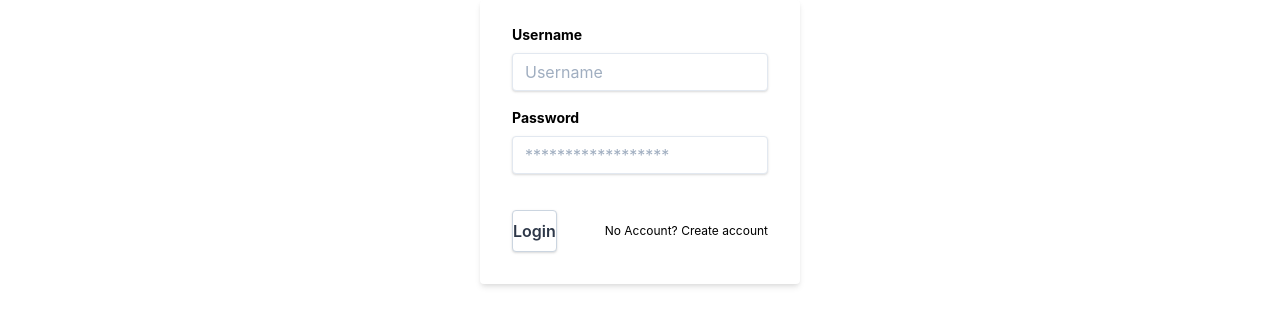
Repository: tzs34/amplifyLogin
Page: /
An editor plug-in stored every save of this project. The page is shown before and after the next save, followed by the edit.
The browser window is 1280 px wide. The pictures show the whole page.
The project was rebuilt for these pictures with package versions that can differ from the ones it lists, and the page was loaded fresh each time. Also part of the build but not shown: src/components/Views/HomePage.js, src/components/Alerts/Error.js, src/components/Auth/SignUpForm.js, src/App.css.

Above is the page before, as saved 2019-12-09 16:00:18.

### src/components/App.js
import React from 'react'
import HomePage from './Views/HomePage'
import { LoginForm, SignUpForm } from './Auth'
import PrivateRoute from './Routes/PrivateRoute'
import { Route, Switch } from 'react-router-dom'
import Amplify from 'aws-amplify'
import aws_exports from '../aws-exports'

import '../App.css'
Amplify.configure(aws_exports)

const AppWithAuth = props => (
  <div>
    <Switch>
      <Route path="/login" component={LoginForm} />
      <Route path="/signup" component={SignUpForm} />
      <PrivateRoute path="/" component={HomePage} />
    </Switch>
  </div>
)

export default AppWithAuth

### src/components/Auth/index.js
export { default as LoginForm } from './LoginForm'
export { default as SignUpForm } from './SignUpForm'

### src/components/Routes/PrivateRoute.js
import PropTypes from 'prop-types'
import React from 'react'
import { Redirect, Route } from 'react-router-dom'

const PrivateRoute = ({ component: Component, authenticated, ...rest }) => (
  <Route
    {...rest}
    render={props =>
      authenticated ? <Component {...props} /> : <Redirect to="/login" />
    }
  />
)

PrivateRoute.propTypes = {
  location: PropTypes.objectOf(PropTypes.string),
  component: PropTypes.func.isRequired
}

export default PrivateRoute

### src/aws-exports.js
// WARNING: DO NOT EDIT. This file is automatically generated by AWS Amplify. It will be overwritten.

const awsmobile = {
    "aws_project_region": "eu-west-1",
    "aws_cognito_identity_pool_id": "eu-west-1:78658c00-a3a9-4335-b9a2-012e558d95ad",
    "aws_cognito_region": "eu-west-1",
    "aws_user_pools_id": "eu-west-1_9evoBmRa5",
    "aws_user_pools_web_client_id": "1naprqnmpul6lh7797tmaub4oh"
};


export default awsmobile;

### src/components/Auth/LoginForm.js
import React, { useState } from 'react'
import { login } from '../../services/AWSService'
import { validateLoginForm } from '../Form/form-utils'
import Error from '../Alerts/Error'
import FormButton from '../Form/FormButton'
const LoginForm = ({ history }) => {
  const [user, setUser] = useState({})
  const [errorMsg, setErrorMsg] = useState('')

  function handleInputChange({ target: { id, value } }) {
    setUser({ ...user, ...{ [id]: value } })
  }

  async function onSubmitForm() {
    if (validateLoginForm(user)) {
      login({ username: 'john', password: '12fdcFR45G' }).then(
        ([error, success]) => {
          if (error && error.message) {
            setErrorMsg(error.message)
          } else {
            // set autheni=ticated true
          }
        }
      )
    }
  }

  function onCreateAccount() {
    console.log('push')
    history.push('/signup')
  }

  return (
    <div className="mx-auto w-full max-w-xs">
      <form className="bg-white shadow-md rounded px-8 pt-6 pb-8 mb-4">
        <div className="mb-4">
          <label
            className="block text-grey-darker text-sm font-bold mb-2"
            htmlFor="username"
          >
            Username
          </label>
          <input
            className="shadow appearance-none border rounded w-full py-2 px-3 text-grey-darker leading-tight focus:outline-none focus:shadow-outline"
            id="username"
            key="username"
            name="username"
            onChange={handleInputChange}
            type="text"
            placeholder="Username"
          />
        </div>
        <div className="mb-6">
          <label
            className="block text-grey-darker text-sm font-bold mb-2"
            htmlFor="password"
          >
            Password
          </label>
          <input
            className="shadow appearance-none border rounded w-full py-2 px-3 text-grey-darker mb-3 leading-tight focus:outline-none focus:shadow-outline"
            id="password"
            key="password"
            name="password"
            onChange={handleInputChange}
            type="password"
            placeholder="******************"
          />
        </div>
        <div className="flex items-center justify-between">
          <FormButton type="button" label="Login" onClick={onSubmitForm} />
          <p className="text-grey-dark text-xs">
            No Account?{' '}
            <a
              className="text-indigo cursor-pointer hover:text-indigo-darker"
              onClick={onCreateAccount}
            >
              Create account
            </a>
          </p>
        </div>
        <div>
          {errorMsg.length > 0 && (
            <div className="fadeIn">
              <Error errorMsg={errorMsg} />
            </div>
          )}
        </div>
      </form>
    </div>
  )
}

export default LoginForm

### src/services/AWSService.js
import { Auth } from 'aws-amplify'

function trycatch(promise) {
  return promise.then(data => [null, data]).catch(e => [e, null])
}

function login({ username, password }) {
  return trycatch(Auth.signIn({ username, password }))
}

export { login }

### src/components/Form/form-utils.js
const validateLoginForm = user => {
  return true
}

export { validateLoginForm }

### src/components/Form/FormButton.js
import React from 'react'

const noop = () => {}
const FormButton = ({ label, type, onClick = noop }) => (
  <button
    className="bg-white hover:bg-gray-100 text-gray-800 font-semibold py-2 p=4  border border-gray-400 rounded shadow"
    type={type}
    onClick={onClick}
  >
    {label}
  </button>
)

export default FormButton

Loaded but not shown: public/index.html (common file); src/index.js (common file); src/index.css (library)

After the next save:
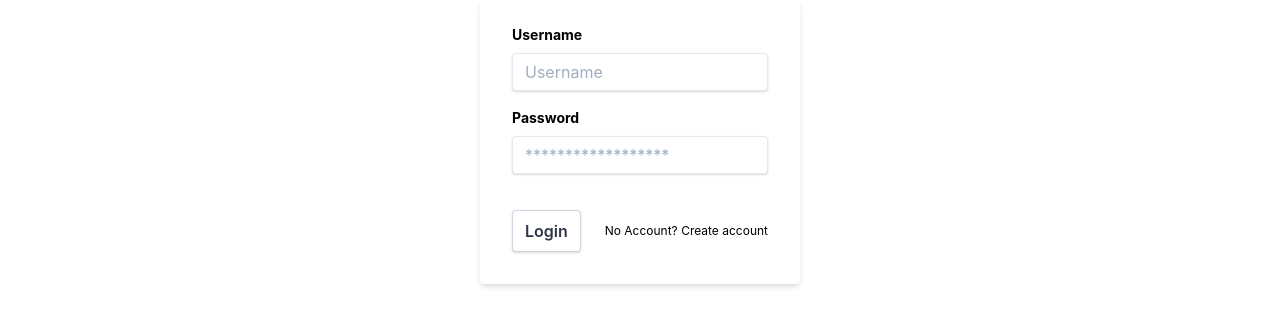
Saved 10 s later.
--- a/src/components/Form/FormButton.js
+++ b/src/components/Form/FormButton.js
@@ -3,7 +3,7 @@ import React from 'react'
 const noop = () => {}
 const FormButton = ({ label, type, onClick = noop }) => (
   <button
-    className="bg-white hover:bg-gray-100 text-gray-800 font-semibold py-2 p=4  border border-gray-400 rounded shadow"
+    className="bg-white hover:bg-gray-100 text-gray-800 font-semibold py-2 p-3  border border-gray-400 rounded shadow"
     type={type}
     onClick={onClick}
   >
